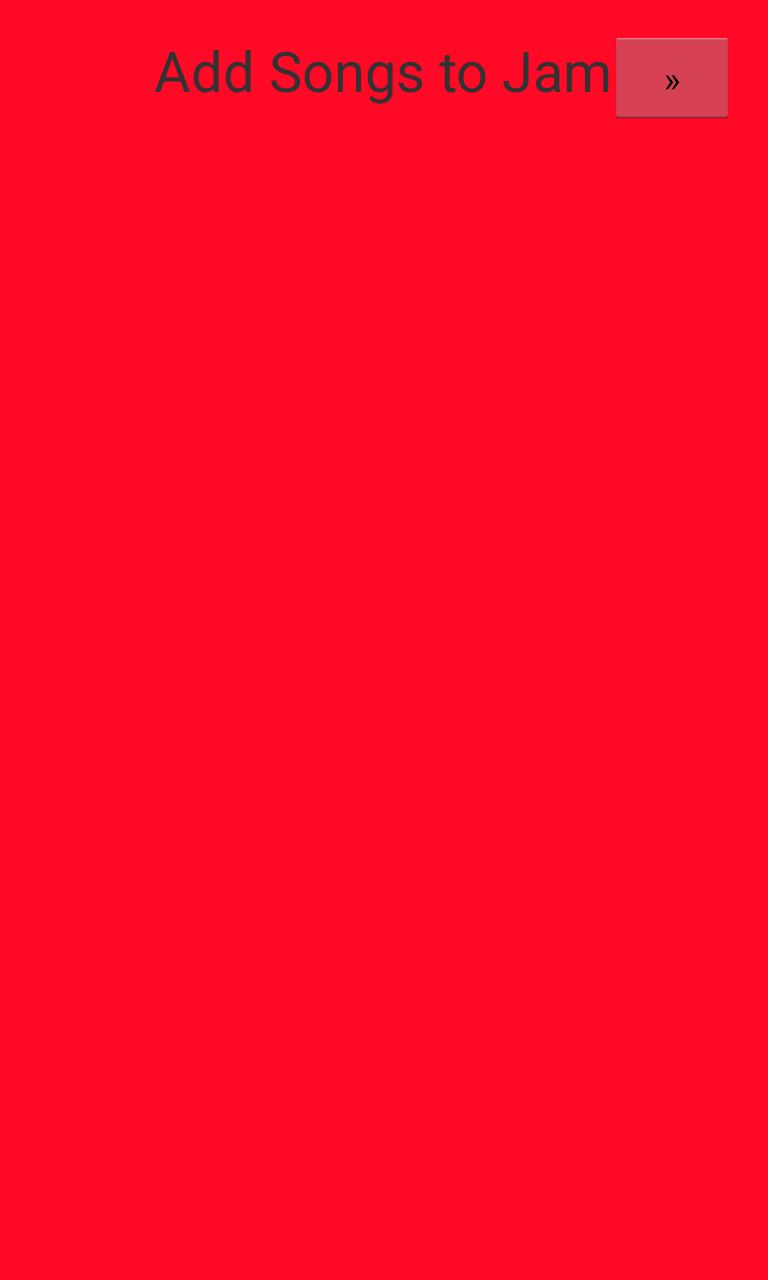
Repository: JayThomason/Tutti
Layout: tuttiUI/tuttiUI/res/layout/activity_new_jam.xml
These files come from the project's save history. The layout is drawn as it stood at one moment and after the next save; the edit follows.
It is drawn on a 768 x 1280 px phone screen (xhdpi) without system bars, with theme AppTheme; the app's code is not run. Lists and similar views that code fills are empty.

Above is the layout before, as saved 2014-03-09 08:40:11.

After the next save:
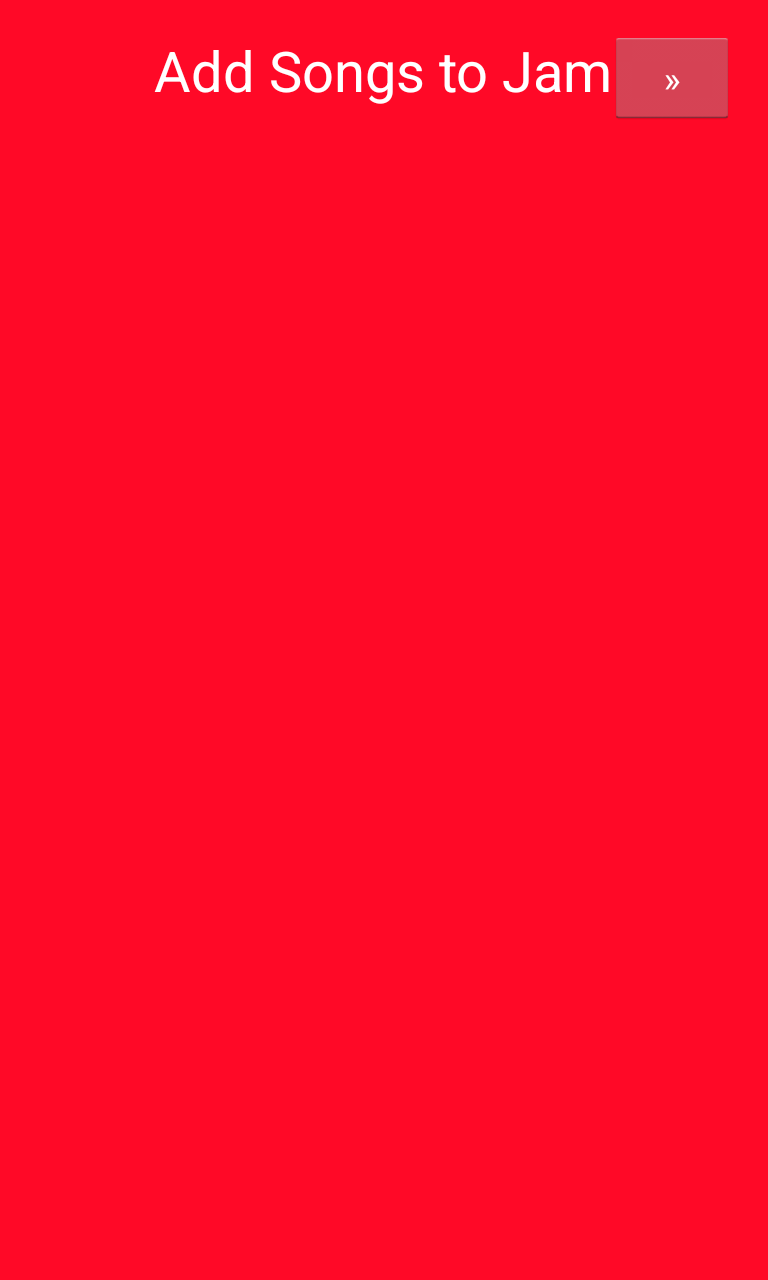
Saved 7 min 31 s later.
--- a/tuttiUI/tuttiUI/res/layout/activity_new_jam.xml
+++ b/tuttiUI/tuttiUI/res/layout/activity_new_jam.xml
@@ -15,6 +15,7 @@
         android:layout_height="wrap_content"
         android:layout_centerHorizontal="true"
         android:text="@string/add_to_jam"
+        android:textColor="#ffffff"
         android:textSize="28sp" />
 
     <ListView
@@ -23,6 +24,7 @@
         android:layout_height="wrap_content"
         android:layout_centerHorizontal="true"
         android:layout_centerVertical="true"
+        android:textColor="#ffffff"
         android:layout_below="@+id/textView1" >
     </ListView>
 
@@ -33,6 +35,7 @@
         android:layout_alignBaseline="@+id/textView1"
         android:layout_alignBottom="@+id/textView1"
         android:layout_alignParentRight="true"
+        android:textColor="#ffffff"
         android:text="»"
         android:onClick="viewJam"/>
 
